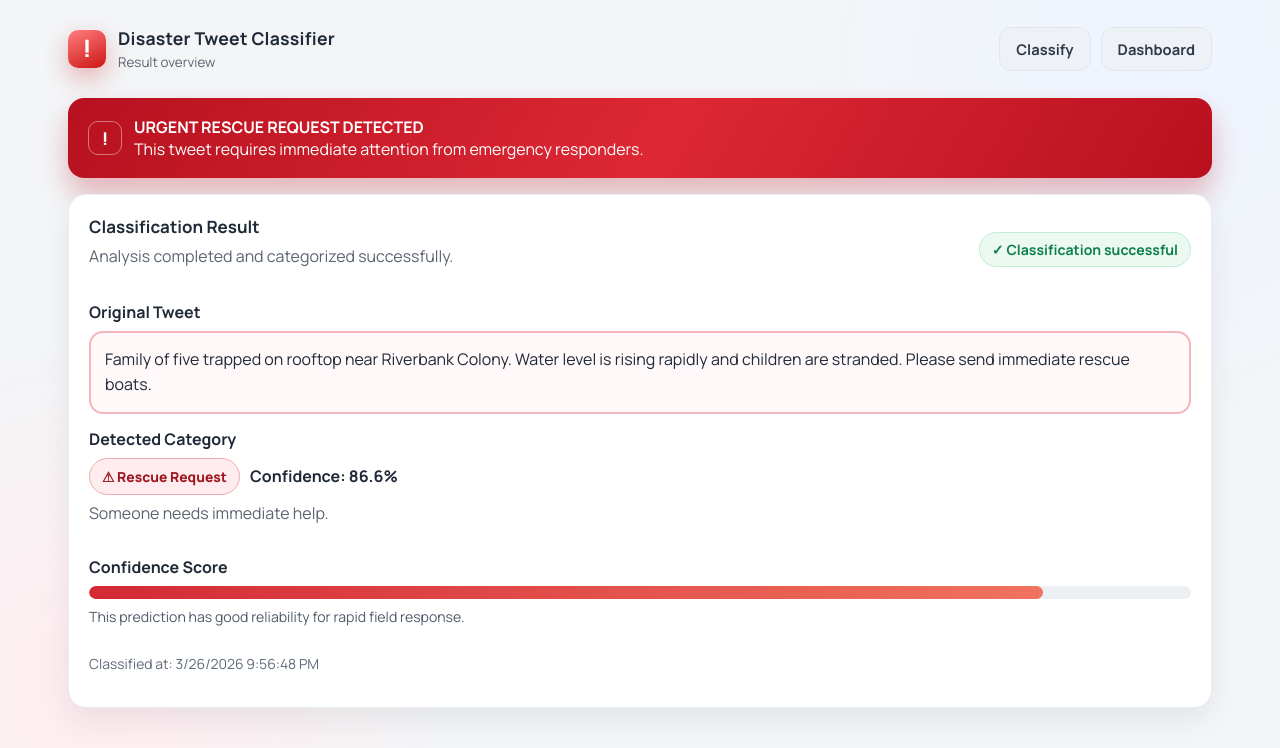
Repository: hRubia23/DISASTER
Page: result.html
The author's editor kept a copy of each file at every save. The page is drawn from the files as they stood at one save, then again after the next save.
The browser window is 1280 px wide. The pictures show the whole page.

Above is the page before, as saved 2026-05-03 15:10:36.

### result.html
<!DOCTYPE html>
<html lang="en">
<head>
  <meta charset="UTF-8" />
  <meta name="viewport" content="width=device-width, initial-scale=1.0" />
  <title>Classification Result</title>
  <link rel="stylesheet" href="styles.css" />
</head>
<body>
  <div class="page-wrap fade-in">
    <nav class="top-nav">
      <div class="brand">
        <div class="alert-logo"></div>
        <div>
          <h2>Disaster Tweet Classifier</h2>
          <span>Result overview</span>
        </div>
      </div>
      <button class="nav-toggle" id="navToggle" type="button" aria-label="Toggle navigation" aria-expanded="false" aria-controls="primaryNav">
        <span></span>
        <span></span>
        <span></span>
      </button>
      <div class="nav-links" id="primaryNav">
        <a class="btn btn-secondary" href="index.html">Classify</a>
        <a class="btn btn-secondary" href="dashboard.html">Dashboard</a>
      </div>
    </nav>

    <section class="urgent-banner banner-red" id="alertBanner">
      <div class="urgent-icon">!</div>
      <div>
        <strong id="bannerTitle">URGENT RESCUE REQUEST DETECTED</strong><br />
        <span id="bannerMessage">This tweet requires immediate attention from emergency responders.</span>
      </div>
    </section>

    <article class="card">
      <div class="result-header">
        <div>
          <h3>Classification Result</h3>
          <p class="subtle">Analysis completed and categorized successfully.</p>
        </div>
        <span class="success-chip">✓ Classification successful</span>
      </div>

      <div class="result-grid">
        <section>
          <p class="section-label">Original Tweet</p>
          <div class="tweet-box" id="tweetPreview">
            Family of five trapped on rooftop near Riverbank Colony. Water level is rising rapidly and children are stranded. Please send immediate rescue boats.
          </div>
        </section>

        <section>
          <p class="section-label">Detected Category</p>
          <div class="detected">
            <span class="badge badge-red">⚠ Rescue Request</span>
            <strong>Confidence: 86.6%</strong>
          </div>
          <p class="subtle">Someone needs immediate help.</p>
        </section>

        <section>
          <p class="section-label">Confidence Score</p>
          <div class="progress-wrap">
            <div class="progress"><span style="width: 86.6%;"></span></div>
            <p class="result-note">This prediction has good reliability for rapid field response.</p>
          </div>
        </section>
      </div>

      <p class="timestamp" id="resultTimestamp"></p>
    </article>
  </div>

  <script src="script.js"></script>
</body>
</html>

### styles.css
@import url('https://fonts.googleapis.com/css2?family=Manrope:wght@400;500;600;700;800&family=Space+Grotesk:wght@600;700&display=swap');

:root {
  --bg: #f3f5f7;
  --surface: #ffffff;
  --surface-muted: #f8fafb;
  --border: #e7ecef;
  --text: #1f2937;
  --text-soft: #5b6470;
  --shadow: 0 12px 30px rgba(16, 24, 40, 0.07);

  --red: #d1292d;
  --red-soft: #feecee;
  --yellow: #f5c84c;
  --yellow-soft: #fff8e7;
  --green: #1f9d62;
  --green-soft: #eaf8f1;
  --gray: #6b7280;
  --gray-soft: #f2f4f7;
}

* {
  box-sizing: border-box;
}

body {
  margin: 0;
  color: var(--text);
  background:
    radial-gradient(circle at 90% 10%, #eef4ff 0%, transparent 28%),
    radial-gradient(circle at 8% 92%, #ffecef 0%, transparent 26%),
    var(--bg);
  font-family: 'Manrope', sans-serif;
}

a {
  color: inherit;
  text-decoration: none;
}

.page-wrap {
  max-width: 1180px;
  margin: 0 auto;
  padding: 26px 18px 40px;
}

.top-nav {
  display: flex;
  justify-content: space-between;
  align-items: center;
  gap: 14px;
  margin-bottom: 26px;
}

.brand {
  display: flex;
  align-items: center;
  gap: 12px;
}

.alert-logo {
  width: 38px;
  height: 38px;
  border-radius: 10px;
  background: linear-gradient(155deg, #ff7f7f, #cc1515);
  position: relative;
  box-shadow: 0 10px 24px rgba(196, 25, 25, 0.3);
}

.alert-logo::before {
  content: '!';
  position: absolute;
  left: 50%;
  top: 50%;
  transform: translate(-50%, -55%);
  color: #fff;
  font-size: 24px;
  font-weight: 800;
}

.brand h1,
.brand h2 {
  margin: 0;
  font-size: 1.1rem;
  letter-spacing: 0.2px;
}

.brand span {
  color: var(--text-soft);
  font-size: 0.84rem;
}

.nav-links {
  display: flex;
  align-items: center;
  gap: 10px;
}

.nav-toggle {
  display: none;
  width: 44px;
  height: 44px;
  border: 1px solid #dce3eb;
  border-radius: 12px;
  background: #fff;
  align-items: center;
  justify-content: center;
  flex-direction: column;
  gap: 4px;
  cursor: pointer;
}

.nav-toggle span {
  width: 18px;
  height: 2px;
  background: #2f3a49;
  border-radius: 2px;
}

.btn {
  border: 0;
  border-radius: 12px;
  padding: 11px 16px;
  font-family: inherit;
  font-weight: 700;
  font-size: 0.92rem;
  cursor: pointer;
  transition: transform 0.18s ease, box-shadow 0.18s ease, opacity 0.18s ease;
}

.btn:hover {
  transform: translateY(-1px);
}

.btn:active {
  transform: translateY(0);
}

.btn-primary {
  background: #1f2937;
  color: #fff;
  box-shadow: 0 10px 18px rgba(31, 41, 55, 0.2);
}

.btn-secondary {
  background: #eef2f7;
  color: #2f3a49;
  border: 1px solid #e1e7ef;
}

.btn-danger {
  background: var(--red);
  color: #fff;
}

.btn-outline {
  background: #fff;
  border: 1px solid #dce3eb;
  color: #445066;
}

.hero {
  background: var(--surface);
  border: 1px solid var(--border);
  border-radius: 22px;
  box-shadow: var(--shadow);
  padding: 30px;
  margin-bottom: 22px;
  animation: rise 0.5s ease;
}

.hero h2 {
  margin: 0;
  font-family: 'Space Grotesk', sans-serif;
  font-size: clamp(1.7rem, 3.8vw, 2.8rem);
  line-height: 1.08;
}

.hero p {
  max-width: 840px;
  margin: 12px 0 20px;
  color: var(--text-soft);
  line-height: 1.65;
}

.hero-actions {
  display: flex;
  gap: 10px;
  flex-wrap: wrap;
}

.hidden {
  display: none;
}

.grid {
  display: grid;
  grid-template-columns: 1.2fr 0.95fr;
  gap: 18px;
}

.card {
  background: var(--surface);
  border: 1px solid var(--border);
  border-radius: 18px;
  box-shadow: var(--shadow);
  padding: 20px;
  animation: rise 0.45s ease;
}

.card h3 {
  margin: 0;
  font-size: 1.06rem;
}

.subtle {
  color: var(--text-soft);
  margin-top: 6px;
  line-height: 1.55;
}

.input-area {
  width: 100%;
  min-height: 140px;
  margin: 14px 0;
  border-radius: 14px;
  border: 1px solid #d9e1ea;
  background: #fcfeff;
  padding: 14px;
  font-family: inherit;
  font-size: 0.97rem;
  resize: vertical;
}

.input-area:focus {
  outline: 3px solid #e6eefc;
  border-color: #b7c6dd;
}

.examples {
  margin-top: 18px;
  border-top: 1px dashed #e1e6ec;
  padding-top: 16px;
}

.batch-file-input {
  display: none;
}

.batch-dropzone {
  margin-top: 14px;
  border: 2px dashed #a4b0c2;
  border-radius: 14px;
  background: #fbfcfe;
  text-align: center;
  padding: 28px 16px;
  cursor: pointer;
  transition: border-color 0.15s ease, background 0.15s ease;
}

.batch-dropzone:hover,
.batch-dropzone.drag-over {
  border-color: #7f95b5;
  background: #f2f7ff;
}

.upload-icon {
  width: 54px;
  height: 54px;
  border: 3px solid #95a1b2;
  border-radius: 12px;
  margin: 0 auto 12px;
  display: grid;
  place-items: center;
  font-size: 1.4rem;
  font-weight: 800;
  color: #8c98aa;
}

.upload-title {
  margin: 0;
  font-size: 1.05rem;
  color: #455062;
}

.upload-caption {
  margin: 6px 0 14px;
  color: #647085;
}

.batch-status {
  margin-top: 10px;
  font-size: 0.9rem;
  color: #4a5565;
  line-height: 1.45;
  background: #ffffff;
  border: 1px solid #dbe4ee;
  border-radius: 10px;
  padding: 10px;
}

.examples-list {
  display: grid;
  gap: 10px;
  margin-top: 8px;
}

.example-item {
  border: 2px solid #dce4eb;
  background: #fbfdff;
  border-radius: 12px;
  padding: 10px 12px;
  font-size: 0.91rem;
  line-height: 1.5;
  cursor: pointer;
}

.example-item:hover {
  border-color: #b9cde8;
  background: #f3f8ff;
}

.category-stack {
  display: grid;
  gap: 10px;
  margin-top: 16px;
}

.category-pill {
  border-radius: 14px;
  padding: 12px;
  border: 1px solid;
}

.category-pill strong {
  display: block;
  margin-bottom: 4px;
}

.category-pill p {
  margin: 0;
  font-size: 0.88rem;
}

.cat-red {
  background: var(--red-soft);
  border-color: #f7c8cc;
}

.cat-yellow {
  background: var(--yellow-soft);
  border-color: #f6e0a6;
}

.cat-green {
  background: var(--green-soft);
  border-color: #bfe8d2;
}

.cat-gray {
  background: var(--gray-soft);
  border-color: #d8dde5;
}

.steps {
  margin-top: 18px;
  border-top: 1px dashed #e1e6ec;
  padding-top: 14px;
}

.steps ol {
  margin: 10px 0 0 18px;
  padding: 0;
  line-height: 1.6;
  color: #465062;
}

.urgent-banner {
  color: #fff;
  border-radius: 16px;
  padding: 18px 20px;
  display: flex;
  align-items: center;
  gap: 12px;
  margin-bottom: 16px;
  transition: all 0.3s ease;
}

.banner-red {
  background: linear-gradient(120deg, #b7111f, #dd2834 52%, #b9101e);
  box-shadow: 0 16px 28px rgba(185, 16, 30, 0.28);
}

.banner-yellow {
  background: linear-gradient(120deg, #d4a000, #f5c84c 52%, #c99500);
  box-shadow: 0 16px 28px rgba(212, 160, 0, 0.2);
  color: #000;
}

.banner-yellow strong,
.banner-yellow span {
  color: #000;
}

.banner-green {
  background: linear-gradient(120deg, #0b6b3d, #1f9d62 52%, #0a5a34);
  box-shadow: 0 16px 28px rgba(11, 107, 61, 0.28);
}

.banner-gray {
  background: linear-gradient(120deg, #6b7280, #9ca3af 52%, #4b5563);
  box-shadow: 0 16px 28px rgba(107, 114, 128, 0.2);
}

.urgent-icon {
  width: 34px;
  height: 34px;
  border-radius: 10px;
  border: 1px solid rgba(255, 255, 255, 0.42);
  display: grid;
  place-items: center;
  font-size: 1.1rem;
  font-weight: 800;
}

.result-header {
  display: flex;
  align-items: center;
  justify-content: space-between;
  gap: 12px;
  flex-wrap: wrap;
}

.success-chip {
  display: inline-flex;
  align-items: center;
  gap: 8px;
  color: #0f7f4d;
  background: #ebf9f1;
  border: 1px solid #bfebd5;
  border-radius: 999px;
  padding: 7px 12px;
  font-size: 0.88rem;
  font-weight: 700;
}

.result-grid {
  display: grid;
  gap: 14px;
  margin-top: 16px;
}

.section-label {
  margin: 0 0 8px;
  font-weight: 700;
}

.tweet-box {
  border: 2px solid #f2b6bc;
  background: #fff9fa;
  border-radius: 14px;
  padding: 14px;
  line-height: 1.6;
}

.detected {
  display: flex;
  flex-wrap: wrap;
  align-items: center;
  gap: 10px;
}

.badge {
  border-radius: 999px;
  padding: 8px 12px;
  font-size: 0.86rem;
  font-weight: 800;
  display: inline-block;
  transition: all 0.2s ease;
}

.badge-red {
  background: var(--red-soft);
  color: #9f1822;
  border: 1px solid #f0a9b0;
}

.badge-yellow {
  background: var(--yellow-soft);
  color: #7a5a1a;
  border: 1px solid #f6d999;
}

.badge-green {
  background: var(--green-soft);
  color: #0f6b46;
  border: 1px solid #7ed4b0;
}

.badge-gray {
  background: var(--gray-soft);
  color: #4b5563;
  border: 1px solid #d3d8e1;
}

.progress-wrap {
  margin-top: 8px;
}

.progress {
  width: 100%;
  height: 13px;
  border-radius: 999px;
  background: #eceff4;
  overflow: hidden;
}

.progress > span {
  display: block;
  height: 100%;
  border-radius: inherit;
  background: linear-gradient(100deg, #d32935, #f0735f);
}

.result-note {
  margin-top: 8px;
  font-size: 0.88rem;
  color: #4f5a69;
}

.timestamp {
  margin-top: 14px;
  color: #606a78;
  font-size: 0.87rem;
}

.dashboard-head {
  display: flex;
  justify-content: space-between;
  align-items: end;
  gap: 12px;
  flex-wrap: wrap;
  margin-bottom: 16px;
}

.dashboard-head h2 {
  margin: 0;
  font-family: 'Space Grotesk', sans-serif;
}

.stat-grid {
  display: grid;
  grid-template-columns: repeat(4, minmax(160px, 1fr));
  gap: 12px;
  margin-bottom: 16px;
}

.stat-card h4 {
  margin: 0;
  font-size: 0.9rem;
  color: #5c6471;
}

.metric {
  margin: 8px 0 3px;
  font-size: 1.6rem;
  font-weight: 800;
}

.metric.red {
  color: var(--red);
}

.metric.green {
  color: var(--green);
}

.supporting {
  margin: 0;
  color: #7b8593;
  font-size: 0.84rem;
}

.analytics-grid {
  display: grid;
  grid-template-columns: 1fr 1fr;
  gap: 14px;
  margin-bottom: 16px;
}

.chart-card canvas {
  max-height: 260px;
}

.history-list {
  display: grid;
  gap: 10px;
}

.history-item {
  border: 1px solid #dce3ea;
  border-radius: 12px;
  padding: 12px;
  display: grid;
  gap: 8px;
  background: #fbfdff;
}

.history-top {
  display: flex;
  justify-content: space-between;
  align-items: center;
  gap: 8px;
  flex-wrap: wrap;
}

.chip-urgent {
  background: #ffeef0;
  color: #a11722;
  border: 1px solid #f5c0c5;
  border-radius: 999px;
  padding: 5px 10px;
  font-size: 0.78rem;
  font-weight: 800;
}

.chip-warning {
  background: #fff8e7;
  color: #9a7500;
  border: 1px solid #f6e0a6;
  border-radius: 999px;
  padding: 5px 10px;
  font-size: 0.78rem;
  font-weight: 800;
}

.chip-info {
  background: #eaf8f1;
  color: #0b6b3d;
  border: 1px solid #7ed4b0;
  border-radius: 999px;
  padding: 5px 10px;
  font-size: 0.78rem;
  font-weight: 800;
}

.chip-neutral {
  background: #f2f4f7;
  color: #4b5563;
  border: 1px solid #d3d8e1;
  border-radius: 999px;
  padding: 5px 10px;
  font-size: 0.78rem;
  font-weight: 800;
}

.meta {
  display: flex;
  gap: 8px;
  align-items: center;
  flex-wrap: wrap;
  color: #667182;
  font-size: 0.85rem;
}

.view-link {
  color: #0c67d8;
  font-weight: 700;
}

.fade-in {
  animation: fadeIn 0.7s ease;
}

@keyframes rise {
  from {
    opacity: 0;
    transform: translateY(8px);
  }
  to {
    opacity: 1;
    transform: translateY(0);
  }
}

@keyframes fadeIn {
  from {
    opacity: 0;
  }
  to {
    opacity: 1;
  }
}

@media (max-width: 1000px) {
  .page-wrap {
    padding: 22px 16px 32px;
  }

  .grid,
  .analytics-grid {
    grid-template-columns: 1fr;
  }

  .stat-grid {
    grid-template-columns: repeat(2, minmax(150px, 1fr));
  }

  .top-nav {
    flex-direction: column;
    align-items: stretch;
  }

  .brand {
    width: 100%;
  }

  .nav-links {
    width: 100%;
    justify-content: flex-start;
    flex-wrap: wrap;
  }

  .nav-links .btn {
    width: 100%;
  }

  .dashboard-head {
    align-items: stretch;
  }

  .dashboard-head .nav-links {
    grid-template-columns: repeat(2, minmax(0, 1fr));
  }

  .hero h2 {
    font-size: clamp(1.45rem, 6vw, 2rem);
    line-height: 1.15;
  }

  .hero p {
    font-size: 0.98rem;
    line-height: 1.6;
  }
}

@media (max-width: 620px) {
  .page-wrap {
    padding: 16px 12px 24px;
  }

  .top-nav {
    flex-direction: row;
    align-items: center;
    justify-content: space-between;
    flex-wrap: wrap;
    gap: 10px;
    margin-bottom: 14px;
  }

  .brand {
    width: auto;
    flex: 1;
    min-width: 0;
    gap: 10px;
  }

  .nav-toggle {
    display: inline-flex;
  }

  .top-nav .nav-links {
    display: none;
    width: 100%;
    margin-top: 4px;
    padding-top: 8px;
    border-top: 1px solid #e7ecef;
    grid-template-columns: 1fr;
    gap: 8px;
  }

  .top-nav .nav-links.open {
    display: grid;
  }

  .brand h1,
  .brand h2 {
    font-size: 1rem;
  }

  .brand span {
    font-size: 0.78rem;
  }

  .alert-logo {
    width: 34px;
    height: 34px;
  }

  .alert-logo::before {
    font-size: 20px;
  }

  .hero,
  .card {
    padding: 14px;
    border-radius: 12px;
  }

  .hero {
    margin-bottom: 14px;
  }

  .hero h2 {
    font-size: 1.95rem;
    line-height: 1.14;
  }

  .hero p {
    margin: 10px 0 14px;
    font-size: 0.95rem;
    line-height: 1.55;
  }

  .hero-actions {
    display: grid;
    grid-template-columns: 1fr;
  }

  .stat-grid {
    grid-template-columns: 1fr;
  }

  .top-nav .nav-links .btn,
  .hero-actions .btn,
  #singleView > .btn,
  .batch-dropzone .btn,
  .dashboard-head .nav-links .btn {
    width: 100%;
  }

  .input-area {
    min-height: 120px;
    padding: 12px;
  }

  .batch-dropzone {
    padding: 18px 12px;
  }

  .upload-icon {
    width: 44px;
    height: 44px;
    font-size: 1.15rem;
  }

  .upload-title {
    font-size: 0.95rem;
  }

  .upload-caption {
    font-size: 0.86rem;
  }

  .urgent-banner {
    padding: 14px;
    border-radius: 12px;
  }

  .history-top,
  .meta {
    gap: 6px;
  }

  .chart-card canvas {
    max-height: 220px;
  }
}

@media (max-width: 420px) {
  .hero h2 {
    font-size: 1.75rem;
  }

  .metric {
    font-size: 1.4rem;
  }

  .category-pill {
    padding: 10px;
  }
}

Loaded but not shown: script.js (643 lines, source omitted)

After the next save:
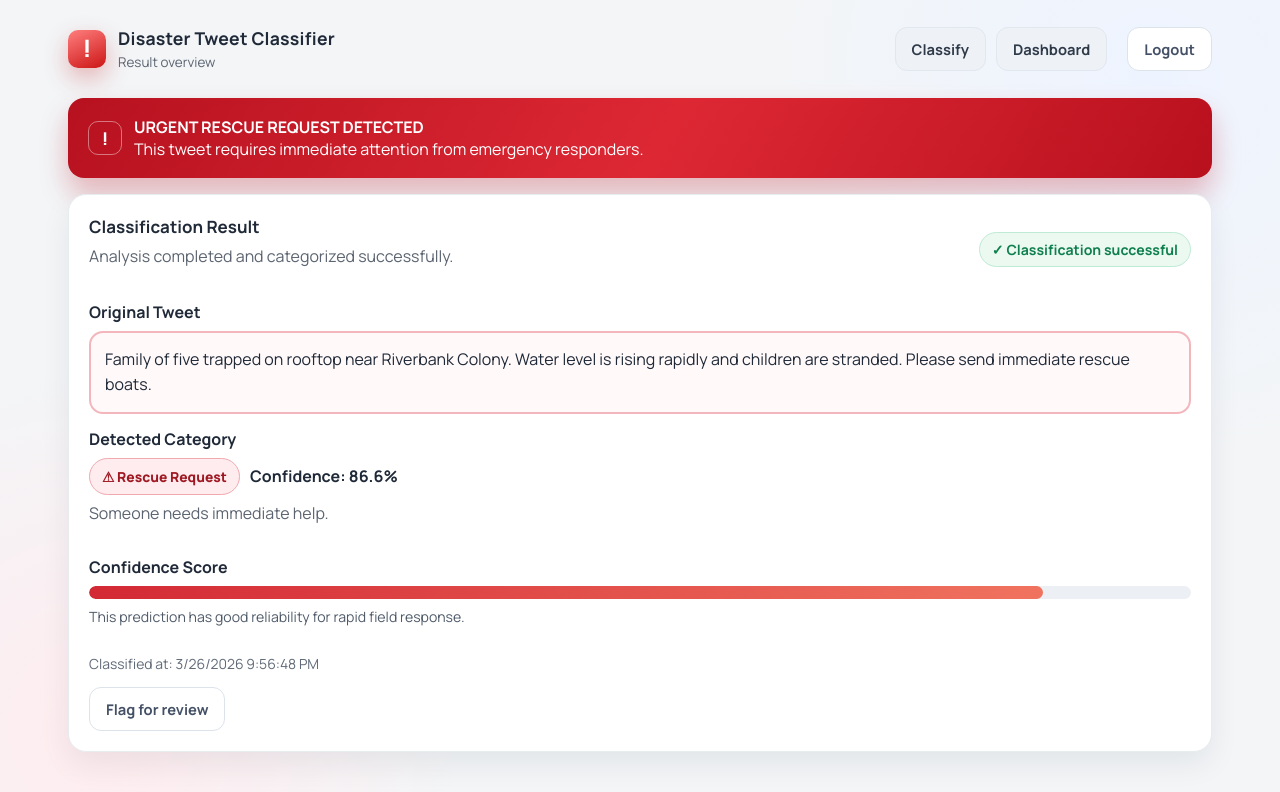
Saved 6 s later.
--- a/result.html
+++ b/result.html
@@ -6,7 +6,7 @@
   <title>Classification Result</title>
   <link rel="stylesheet" href="styles.css" />
 </head>
-<body>
+<body data-auth-required="true">
   <div class="page-wrap fade-in">
     <nav class="top-nav">
       <div class="brand">
@@ -24,6 +24,8 @@
       <div class="nav-links" id="primaryNav">
         <a class="btn btn-secondary" href="index.html">Classify</a>
         <a class="btn btn-secondary" href="dashboard.html">Dashboard</a>
+        <span class="user-greeting" id="userGreeting"></span>
+        <button class="btn btn-outline" id="logoutBtn" type="button">Logout</button>
       </div>
     </nav>
 
@@ -71,6 +73,9 @@
       </div>
 
       <p class="timestamp" id="resultTimestamp"></p>
+      <div class="result-actions">
+        <button class="btn btn-outline" id="flagBtn" type="button">Flag for review</button>
+      </div>
     </article>
   </div>
 
